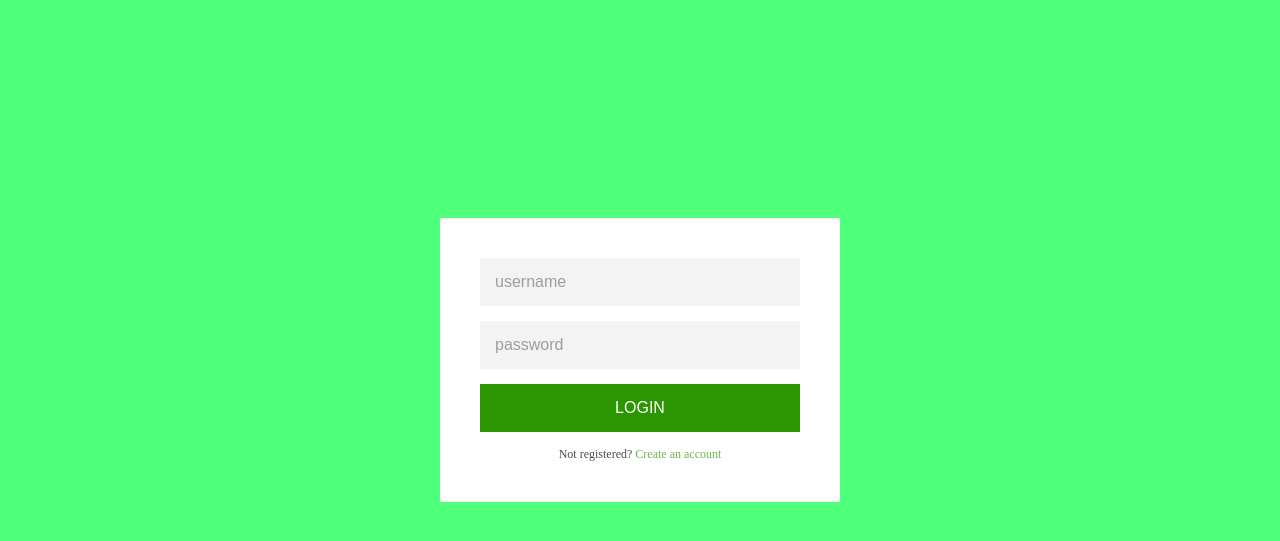
Repository: taka-sama/HTML-CSS-JS
Page: web00-lite/ex2/public_html/index.html
These files come from the project's save history. The page is drawn as it stood at one moment and after the next save; the edit follows.
The browser window is 1280 px wide. The pictures show the whole page.
The style sheet was rebuilt from its Sass, Less or Tailwind sources for each picture, by a compiler version that may differ from the author's.

Above is the page before, as saved 2022-01-04 18:29:37.

### web00-lite/ex2/public_html/index.html
<!DOCTYPE html>
<html lang="en">
<head>
  <meta charset="UTF-8">
  <meta http-equiv="X-UA-Compatible" content="IE=edge">
  <meta name="viewport" content="width=device-width, initial-scale=1.0">
  <title>web00-lite/ex2</title>
  <link rel="stylesheet" href="style.css">
</head>
<body>
  <div class="wrapper">
    <div class="form-content">
      <ul class="form-list">
        <li class="list-content">
          <form method="POST" action="#">
            <input type="text" name="NAME" placeholder="username">
          </form>
        </li>
        <li class="list-content">
          <form method="POST" action="#">
            <input type="password" name="NAME" placeholder="password">
          </form>
        </li>
        <li class="list-content">
          <button class="content-button">LOGIN</button>
        </li>
        <!-- <li class="list-content">
          <p>Not registered? <a href="#">Create an account</a></p>
        </li> -->
      </ul>
      <p class="form-text">Not registered? <a href="#">Create an account</a></p>
    </div>
  </div>
</body>
</html>

### web00-lite/ex2/public_html/style.scss
body {
  background-color: rgb(77, 255, 121);
}

.form-content {
  width: 25%;
  padding: 40px;
  background-color: #fff;
  display: inline-block;
  text-align: center;
  position: absolute;
  top: 50%;
  left: 50%;
  transform: translateY(-50%) translateX(-50%);
}

.form-list {
  margin: 0;
  padding: 0;
  list-style: none;
  font-size: 16px;

  .list-content {
    &:first-child, &:nth-child(2) {
      input {
        background-color: rgb(238, 238, 238);
        border: 0;
        font-size: 16px;
        padding: 15px;
        padding-right: 0;
        width: 100%;
        box-sizing: border-box;
        opacity: 0.7;
      }
    }
    &:not(:first-child) {
      margin-top:  15px;
    }
    &:nth-child(3) button {
      padding: 15px;
      background-color: rgb(44, 149, 2);
      color: white;
      border: 0;
      font-size: 16px;
      width: 100%;
    }
    &:nth-child(3) {
      margin-top: 15px;
      p {
        margin: 0;
      }
      a {
        color: rgb(44, 149, 2);
        text-decoration: none;
        cursor: pointer;
      }
    }
  }
}

.form-text {
  font-size: 12px;
  padding: 15px 0 0 0;
  opacity: 0.7;
  margin: 0;
  opacity: 0.7;
  a {
    color: rgb(44, 149, 2);
    text-decoration: none;
  }
}

After the next save:
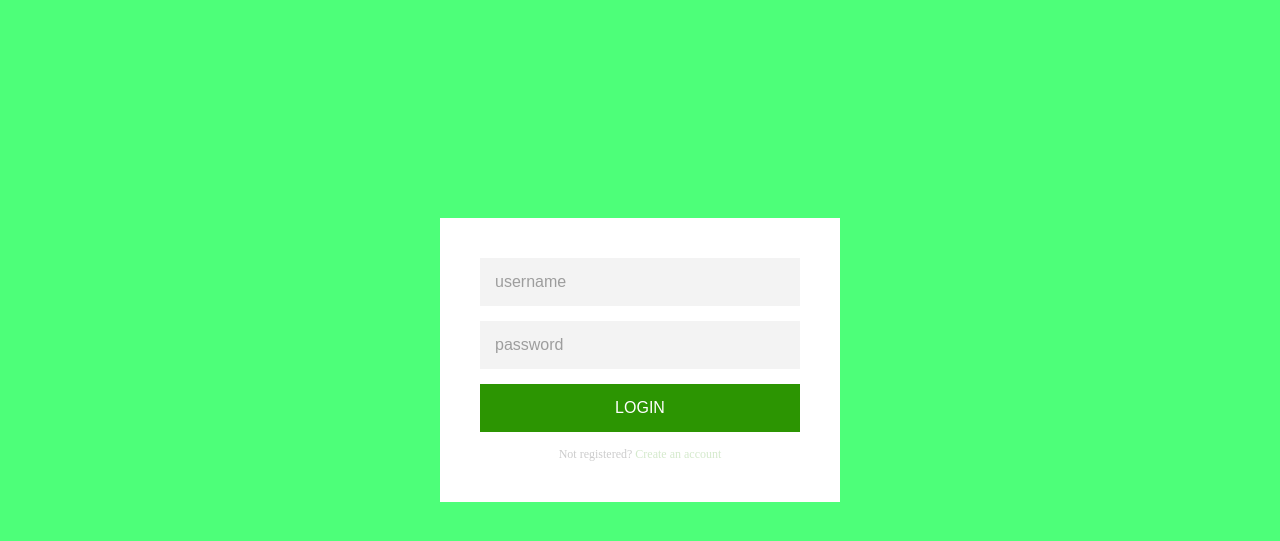
Saved 8 s later.
--- a/web00-lite/ex2/public_html/style.scss
+++ b/web00-lite/ex2/public_html/style.scss
@@ -63,7 +63,7 @@
   padding: 15px 0 0 0;
   opacity: 0.7;
   margin: 0;
-  opacity: 0.7;
+  opacity: 0.2;
   a {
     color: rgb(44, 149, 2);
     text-decoration: none;
